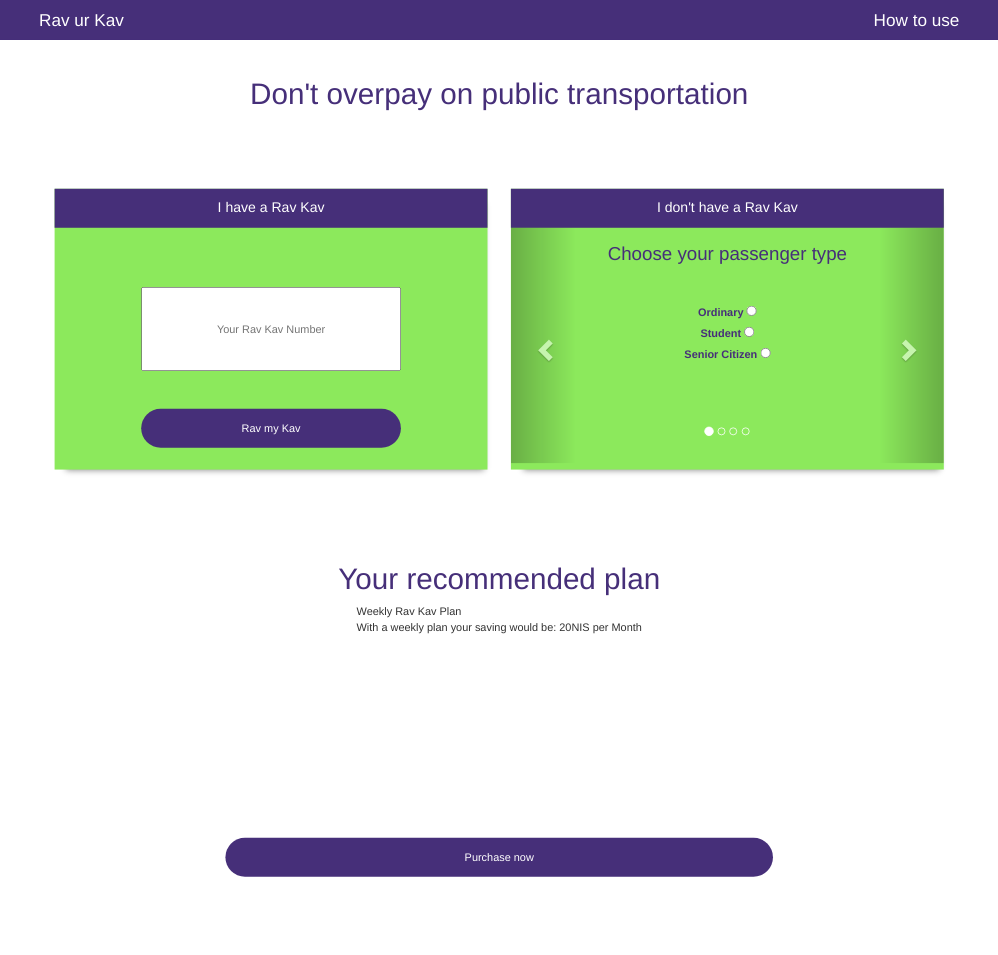
Repository: Louhla/Rav-ur-Kav
Page: index.html
These files come from the project's save history. The page is drawn as it stood at one moment and after a run of saves; the edit follows.
The browser window is 1280 px wide. The pictures show the whole page, at 78% of full size.

Above is the page before, as saved 2019-07-18 13:30:25.

### index.html
<!DOCTYPE html>
<html lang="en">

<head>
    <meta charset="utf-8">
    <meta name="viewport" content="width=device-width, initial-scale=1">
    <link href="https://fonts.googleapis.com/css?family=Roboto&display=swap" rel="stylesheet">
    <link rel="stylesheet" href="https://maxcdn.bootstrapcdn.com/bootstrap/3.4.0/css/bootstrap.min.css">
    <script src="https://ajax.googleapis.com/ajax/libs/jquery/3.4.1/jquery.min.js"></script>
    <script src="https://maxcdn.bootstrapcdn.com/bootstrap/3.4.0/js/bootstrap.min.js"></script>
    <link rel="stylesheet" type="text/css" href="./css/rav-ur-kav.css">
    <title>Rav ur kav - Public Transport Calculator</title>
    <meta name="description" content="Get the best rate for your Rav Kav according to your commute">
</head>

<body>
    <div id="modal-wrapper">
        <div class="modal">
            <h1>How to get the most our of your Rav Kav:</h1>
            <h3>For current Rav Kav users:</h3>
            <h3>Log in with your Rav Kav card number located on the back of your card (bottom right corner)</h3>
            <h3>Rav ur Kav alanlyzes your commute history and reccomends the best Rav Kav plan that will save you the
                most money</h3>
            <h3>Not sure what plan is right for you?</h3>
            <h3>Use the Rav Kav plan calculator to figure out which plan is right for you</h3>
            <br>
            <div id="button-box">
                <button class="my-button" id="close">Close</button>
            </div>
        </div>
    </div>
    <div id="root"></div>
    <heading class="header">
        <div class="logo">Rav ur Kav
        </div>
        <div id="how-to">How to use
        </div>
    </heading>

    <div class="container">
        <div id="first-slide">
            <div class="row">
                <div class="col-md-12">
                    <h1>Don't overpay on public transportation</h1>
                </div>
            </div>
            <div class="row">
                <div class="col-md-6">
                    <form id="existing-user-form">
                        <div class="existing-user">
                            <h4>I have a Rav Kav</h4>
                            <input id="rav-kav-number" type=text placeholder="Your Rav Kav Number"></input>
                            <a href="#recommended-plan">
                                <input type="submit" value="Rav my Kav" id="rav-kav-number-button" />
                            </a>
                    </form>
                </div>
            </div>
            <div class="col-md-6">
                <div class="new-user">
                    <h4>I don't have a Rav Kav</h4>
                    <div id="myCarousel" class="carousel slide" data-ride="carousel">
                        <!-- Indicators -->
                        <ol class="carousel-indicators">
                            <li data-target="#myCarousel" data-slide-to="0" class="active"></li>
                            <li data-target="#myCarousel" data-slide-to="1"></li>
                            <li data-target="#myCarousel" data-slide-to="2"></li>
                            <li data-target="#myCarousel" data-slide-to="3"></li>
                        </ol>

                        <!-- Wrapper for slides -->
                        <form id="plan-calculator-form1">
                            <div class="carousel-inner">
                                <div class="item active">
                                    <h3>Choose your passenger type</h3>
                                    <div>
                                        <label>Ordinary</label>
                                        <input type="radio" name="radio" value="ordinary"></input>
                                    </div>
                                    <div>
                                        <label>Student</label>
                                        <input type="radio" name="radio" value="student"></input>
                                    </div>
                                    <div>
                                        <label>Senior Citizen</label>
                                        <input type="radio" name="radio" value="senior"></input>
                                    </div>
                                </div>
                        </form>

                        <div class="item">
                            <h3>Where do you wanna ride?</h3>
                            <form id="plan-calculator-form2">
                                <label style="display:block">Choose one city or two if you are travelling between
                                    them</label>
                                <select>
                                    <option value="TelAviv">Tel Aviv</option>
                                    <option value="Jerusalem">Jerusalem</option>
                                    <option value="Haifa">Haifa</option>
                                    <option value="Rishon-le-zion">Rishon Le Zion</option>
                                    <option value="Herzlya">Herzlya</option>
                                    <option value="Herzlya">Herzlya</option>
                                    <option value="Herzlya">Herzlya</option>
                                    <option value="Beit-shemesh">Beit Shemesh</option>
                                </select>
                                <button id="add-city">add city</button>
                                <select id="hidden-cities">
                                    <option value="TelAviv">Tel Aviv</option>
                                    <option value="Jerusalem">Jerusalem</option>
                                    <option value="Haifa">Haifa</option>
                                    <option value="Rishon-le-zion">Rishon Le Zion</option>
                                    <option value="Herzlya">Herzlya</option>
                                    <option value="Herzlya">Herzlya</option>
                                    <option value="Herzlya">Herzlya</option>
                                    <option value="Beit-shemesh">Beit Shemesh</option>
                                </select>
                            </form>
                        </div>

                        <div class="item">
                            <h3>What's your public transportation?</h3>
                            <table id="driving-pattern">
                                <form id="plan-calculator-form3">
                                    <tr>
                                        <th>Type</th>
                                        <th>MON</th>
                                        <th>TUE</th>
                                        <th>WED</th>
                                        <th>THU</th>
                                        <th>FRI</th>
                                        <th>SAT</th>
                                        <th>SUN</th>
                                    </tr>
                                    <tr>
                                        <td>City 2 City Bus</td>
                                        <td><input id="c2c" class="rides-per-day" type="number" min="0" max="9"></input>
                                        </td>
                                        <td><input class="rides-per-day" type="number" min="0" max="9"></input></td>
                                        <td><input class="rides-per-day" type="number" min="0" max="9"></input></td>
                                        <td><input class="rides-per-day" type="number" min="0" max="9"></input></td>
                                        <td><input class="rides-per-day" type="number"></input></td>
                                        <td><input class="rides-per-day" type="number" min="0" max="9"></input></td>
                                        <td><input class="rides-per-day" type="number" min="0" max="9"></input></td>
                                    </tr>
                                    <tr>
                                        <td>City 2 City Train</td>
                                        <td><input class="rides-per-day" type="number" min="0" max="9"></input></td>
                                        <td><input class="rides-per-day" type="number" min="0" max="9"></input></td>
                                        <td><input class="rides-per-day" type="number" min="0" max="9"></input></td>
                                        <td><input class="rides-per-day" type="number" min="0" max="9"></input></td>
                                        <td><input class="rides-per-day" type="number" min="0" max="9"></input></td>
                                        <td><input class="rides-per-day" type="number" min="0" max="9"></input></td>
                                        <td><input class="rides-per-day" type="number" min="0" max="9"></input></td>
                                    </tr>
                                    <tr>
                                        <td>City Bus</td>
                                        <td><input class="rides-per-day" type="number" min="0" max="9"></input></td>
                                        <td><input class="rides-per-day" type="number" min="0" max="9"></input></td>
                                        <td><input class="rides-per-day" type="number" min="0" max="9"></input></td>
                                        <td><input class="rides-per-day" type="number" min="0" max="9"></input></td>
                                        <td><input class="rides-per-day" type="number" min="0" max="9"></input></td>
                                        <td><input class="rides-per-day" type="number" min="0" max="9"></input></td>
                                        <td><input class="rides-per-day" type="number" min="0" max="9"></input></td>
                                    </tr>
                                </form>
                            </table>
                        </div>
                        <div id="submit-new-user" class="item">
                            <a href="#recommended-plan">
                                <input type="submit" value="Rav my Kav" id="rav-my-kav" />
                            </a>
                        </div>
                    </div>
                    </form>
                    <!-- Left and right controls -->
                    <a class="left carousel-control" href="#myCarousel" data-slide="prev">
                        <span class="glyphicon glyphicon-chevron-left"></span>
                        <span class="sr-only">Previous</span>
                    </a>
                    <a class="right carousel-control" href="#myCarousel" data-slide="next">
                        <span class="glyphicon glyphicon-chevron-right"></span>
                        <span class="sr-only">Next</span>
                    </a>
                </div>
            </div>
        </div>

        <div class="row">
            <div class="col-md-12 recommended-plan" id="recommended-plan">
                <h2>Your recommended plan</h2>
                <div id="plan1">
                    <div class="title">Monthly Rav Kav Plan</div>
                    <div>With a monthly plan your saving would be: 50NIS per Month</div>
                </div>
                <div id="plan2">
                        <div class="title">Weekly Rav Kav Plan</div>
                        <div>With a weekly plan your saving would be: 20NIS per Month</div>
                    </div>
                <button id="purchase">Purchase now</button>
            </div>
        </div>
        <script type="text/javascript" src="./js/rav-ur-kav.js"></script>
</body>

</html>

### css/rav-ur-kav.css
body {
    margin: 0px;
    padding: 0px;

    /* background-image: url(../IMG/bus.jpg); */
}
/* Modal START */
#modal-wrapper {
    position: fixed;
    top: 0;
    bottom: 0;
    right: 0;
    left: 0;
    background-color: rgba(0, 0, 0, 0.5);
    z-index: 12345;
    display: none;
}
#plan1{
    display: none;
}
#modal-wrapper .modal {
    background-color: #462F79;
    width: 70vw;
    height: 70vh;
    position: absolute;
    top: 50%;
    left: 50%;
    transform: translateX(-50%) translateY(-50%);
    border-radius: 5px;
    color: white;
    display: flex;
    flex-direction: column;
    justify-content: space-evenly;
}


.modal h1 {
    font-size: 3rem;
    margin: 1rem 5rem;
    text-shadow: 1px 2px #000000;
}

.modal h3 {
    font-size: 2rem;
    margin: 1rem 5rem;
}

#button-box {
    width: 80%;
    display: flex;
    justify-content: flex-end;
    align-items: center;
}

.my-button {
    color: white;
    background-color:#27164D;
    height: 5vh;
    width: 20vh;
    font-size: 4vh;
    text-align: center;
    padding: 0;
}
/* Modal END */

/* Homepage START */
.header{
    display: flex;
    position: fixed;
    z-index: 9;
    justify-content: space-between;
    width: 100%;
    align-items: center;
    box-shadow: 5px;
    background-color: #462F79;
    color: white;
    font-size: 22px;
}
.logo{
    margin: 10px 0px 10px 50px;
}
.how-to{
    margin: 10px 50px 10px 0px;
}
.existing-user{
    background-color: #8CE95C;
    display: flex;
    flex-direction: column;
    text-align: center;
    height: 50vh;
    box-shadow: 5px 10px 8px -10px #888888;
}
.new-user{
    background-color: #8CE95C;
    text-align: center;
    height: 50vh;
    box-shadow: 5px 10px 8px -10px #888888;
}
h1{
    text-align: center;
    margin: 100px;
    color: #8CE95C;
    font-size: 38px;
}
.existing-user > h4, .new-user > h4{
    background-color: #462F79;
    padding: 15px 0px;
    margin: 0px;
    color: white;
}
#rav-kav-number{
    width: 60%;
    margin: auto;
    text-align: center;
}
#rav-kav-number-button, #purchase, #rav-my-kav{
    width: 60%;
    margin: auto;
    height: 50px;
    border-radius: 50px;
    border-style: none;
    color: white;
    background-color: #462F79;
    -webkit-transition: width 0.5s ease-in-out;
    -moz-transition: width 0.5s ease-in-out;
    -ms-transition: width 0.5s ease-in-out;
    transition: width 0.5s ease-in-out;
}
#rav-kav-number-button{
    position: relative;
    top: -28px;
}
#submit-new-user{
    height: 200px;
}
#rav-my-kav{
    position: relative;
    top: 37px;
}
#hidden-cities{
    display:none;
    margin: auto;
    margin-left: 184px;
}
#add-city{
    background-color: #462F79;
    border-radius: 50px;
    border-style: none;
    color: white;
}
.submit-new-customer{
    height: 200px;
}
.add-city{
    background-color: #462F79;
    border-radius: 50px;
    border-style: none;
    color:white;
}
#hidden-city{
    display: none;
}
#rav-my-kav{
    position: relative;
    top: 50%;
}
#rav-kav-number-button:hover{
    width: 62%;
}
a{
    cursor:pointer;
    text-decoration: none;
    color: white;
}
a:hover{
    text-decoration: none;
    color: white;
}
#how-to{
    margin: 10px 50px 10px 0px;
    cursor: pointer;
}
.existing-user{
    background-color: #8CE95C;
    display: flex;
    flex-direction: column;
    text-align: center;
    height: 50vh;
}
.new-user{
    background-color: #8CE95C;
    text-align: center;
    height: 50vh;
}
h1{
    text-align: center;
    margin: 100px;
    color: #462F79;
    font-size: 38px;
}
.existing-user > h4, .new-user > h4{
    background-color: #462F79;
    padding: 15px 0px;
    margin: 0px;
    color: white;
}
#rav-kav-number{
    width: 60%;
    height: 30%;
    margin: auto;
    text-align: center;
}
.recommended-plan{
    /* change to display none for jump link */
    display: flex;
    align-items :center;
    flex-direction: column;
    margin-top: 100px;
}
.recommended-plan > div{
    height: 300px;
}
h2{
    color: #462F79;
    font-size: 38px;
}
#purchase{
    margin-bottom: 100px;
}
.carousel{
    position: relative;
    height: 84%;
    color: #462F79;
}
#passenger-type{
    display: flex;
    flex-direction: column;
    align-items: center;
    justify-content: space-evenly;
}
label{
    border-radius: 50%;
}
h3{
    margin-bottom: 50px;
}
.rides-per-day{
    width: 30px;
    height: 30px;
}
#driving-pattern{
    margin: auto;
}
#show-plan{
    position: relative;
    top: -27px;
}
/* Homepage END */

### js/rav-ur-kav.js

$(document).ready(() => {
  // Globals

  // Modal buttons
  let howToButton = $("#how-to");
  let closeModalButton = $("#close");
  $(closeModalButton).on("click", () => {
    $("#modal-wrapper").toggle();
  });
  $(howToButton).on("click", () => {
    $("#modal-wrapper").toggle();
  });
  // Rav my Kav button
  let reccomendedPlanButton1 = $("#rav-kav-number-button");
  let reccomendedPlanButton2 = $("#rav-my-kav");
  $(reccomendedPlanButton1).on("click", (e) => {
        event.preventDefault();
    $("#recommended-plan").css("display", "flex");
    var randomNumb = 1;
    $(`#plan${randomNumb}`).css("display", "flex");
  });
  $(reccomendedPlanButton2).on("click", () => {
    $("#recommended-plan").css("display", "flex");
  });
  $("#add-city").on("click", () => {
    $("#hidden-cities").css("display", "flex");
  });
  // $("#rav-kav-number-button").on("click", (function () {
  //   event.preventDefault();
  //   var userRavKavNumber = $("#rav-kav-number").val();
  //   $.ajax({
  //       type: "POST",
  //       url: "localhost7000/",
  //       data: {
  //           ravkavnumber: userRavKavNumber,
  //       },
  //   });
});



  $('#plan-calculator-form1').click(function(){
    var usertype = $("input[name=radio]:checked", "#plan-calculator-form1").val();
      console.log(usertype);
  })
  $('#plan-calculator-form2').click(function(e){
    event.preventDefault();
    var objVal = {};
    var city = $("#plan-calculator-form2").find(":selected").val();
      console.log(city);
  })

//this could be another option:
  // $('#add').on("click", function() {
  //   var objVal = {};
  //   $('select').each(function() {
  //     var arr = $(':selected', this).map(function() {
  //       return this.value;
  //     }).get();
  //     objVal[$(this).attr("name")] = arr;
  //   });
  //   console.log(objVal);
  // });

  $('#plan-calculator-form3').click(function(){
    var frequency = $('#plan-calculator-form3').attr("id", "c2c");
      console.log(frequency);
  })


$('#rav-kav-number').on('input', function (event) {
  this.value = this.value.replace(/[^0-9]/g, '');
});

$('.carousel').carousel({
  interval: false
}).on('slid.bs.carousel', function () {
  curSlide = $('.active');
  if (curSlide.is(':first-child')) {
    $('.left').hide();
    return;
  } else {
    $('.left').show();
  }
  if (curSlide.is(':last-child')) {
    $('.right').hide();
    return;
  } else {
    $('.right').show();
  }
});

After the next 2 saves:
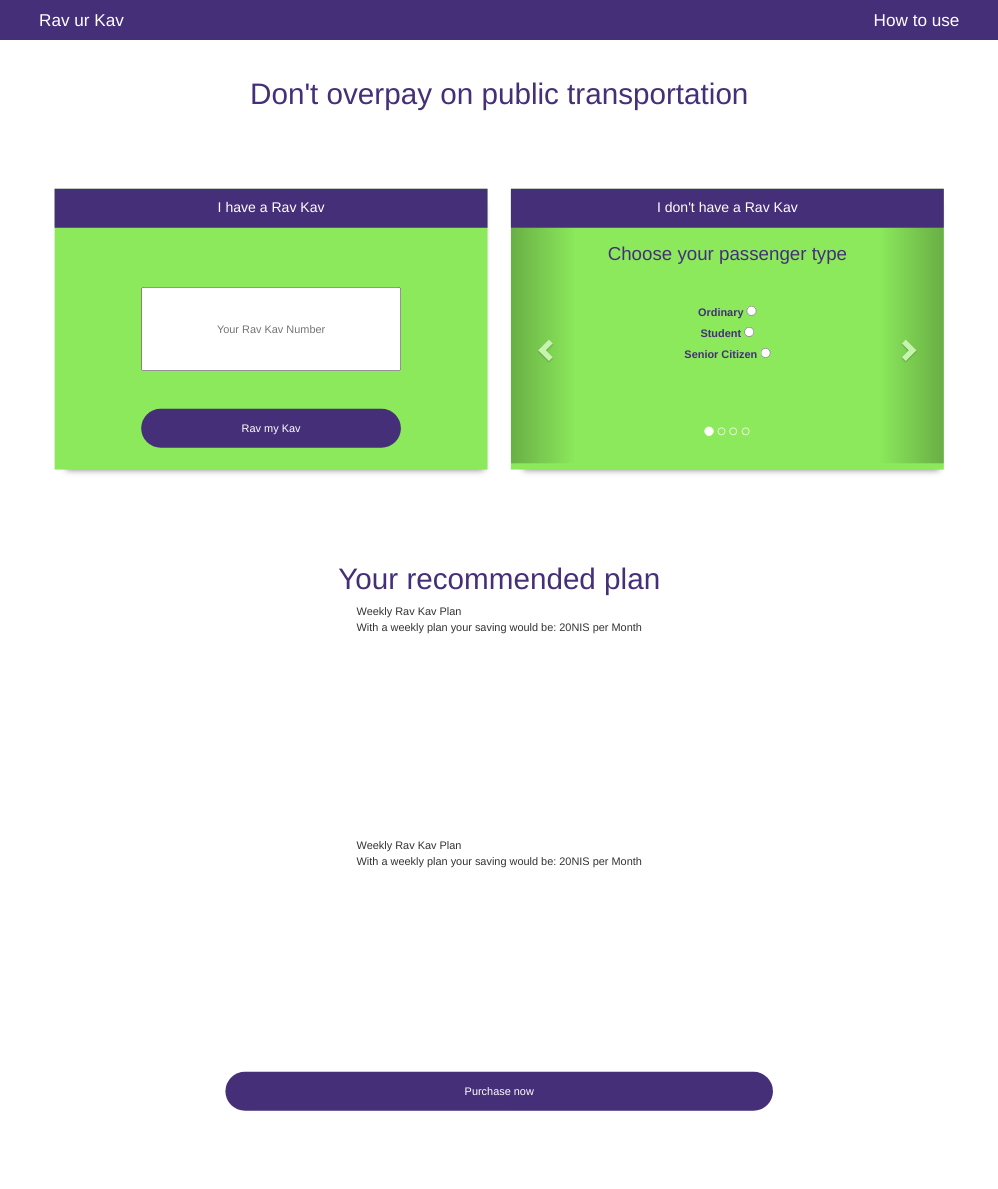
The 2 saves are shown as one change because they came seconds apart.
The last was saved 8 s later.
--- a/index.html
+++ b/index.html
@@ -193,6 +193,10 @@
                     <div>With a monthly plan your saving would be: 50NIS per Month</div>
                 </div>
                 <div id="plan2">
+                    <div class="title">Weekly Rav Kav Plan</div>
+                    <div>With a weekly plan your saving would be: 20NIS per Month</div>
+                </div>
+                <div id="plan2">
                         <div class="title">Weekly Rav Kav Plan</div>
                         <div>With a weekly plan your saving would be: 20NIS per Month</div>
                     </div>
